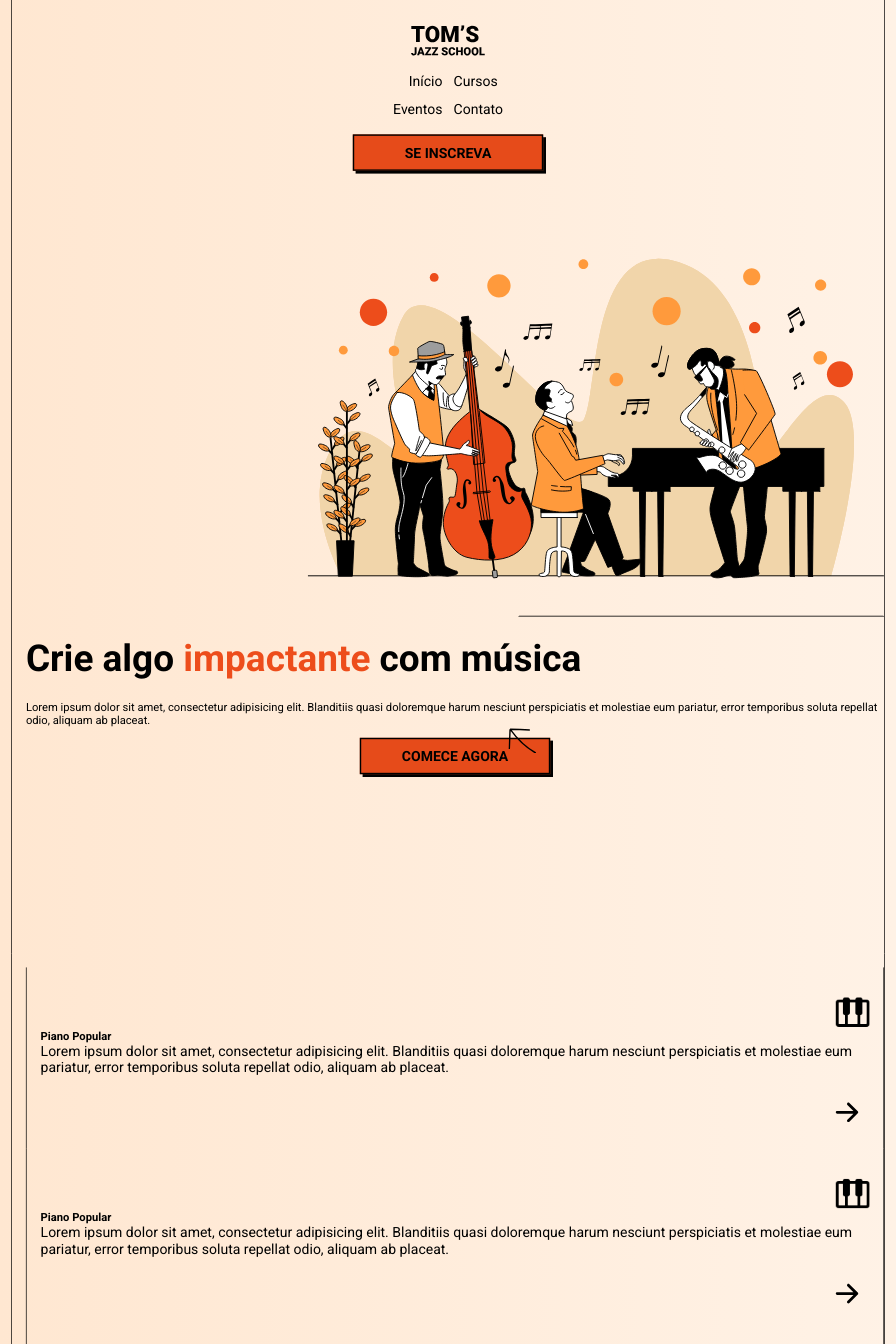
Repository: guilhermecardoso93/obebitecode
Page: index.html
An editor plug-in stored every save of this project. The page is shown before and after the next save, followed by the edit.
The browser window is 1280 px wide. The pictures show the part of the page from y = 0 to 1920 px (the page is 3164 px tall), at 70% of full size.

Above is the page before, as saved 2023-08-16 20:05:39.

After the next save:
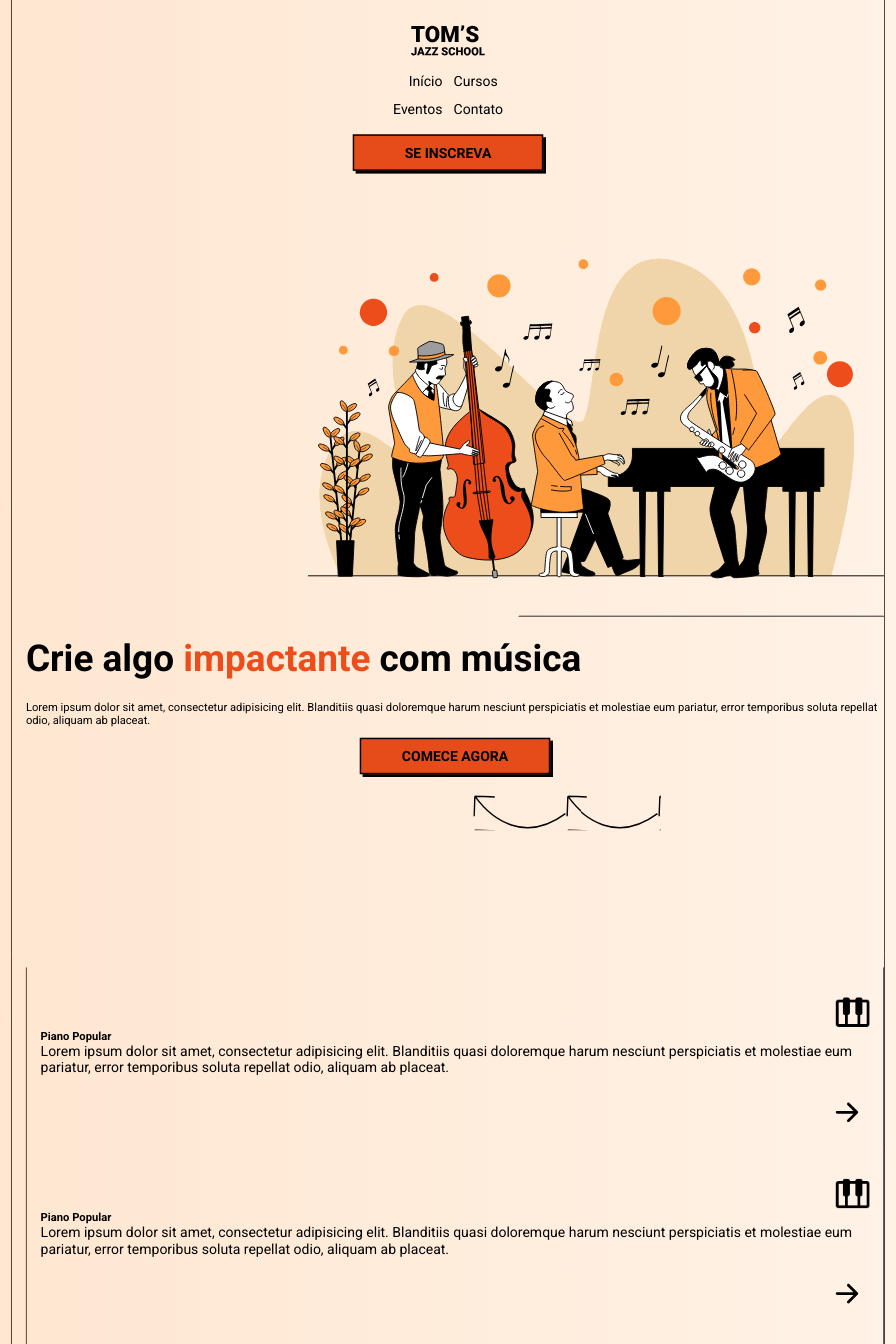
Saved 36 s later.
--- a/css/main.css
+++ b/css/main.css
@@ -31,8 +31,11 @@ h2 {
 .hero-section .subscribeButton::after {
   content: "";
   background: url("../assets/arrow-curve.svg");
+  display: block;
+  content: "";
+  width: 100%;
+  height: 50px;
   position: absolute;
-  top: -1rem;
-  height: 36px;
-  width: 40px;
+  top: 5rem;
+  left: 10rem;
 }
